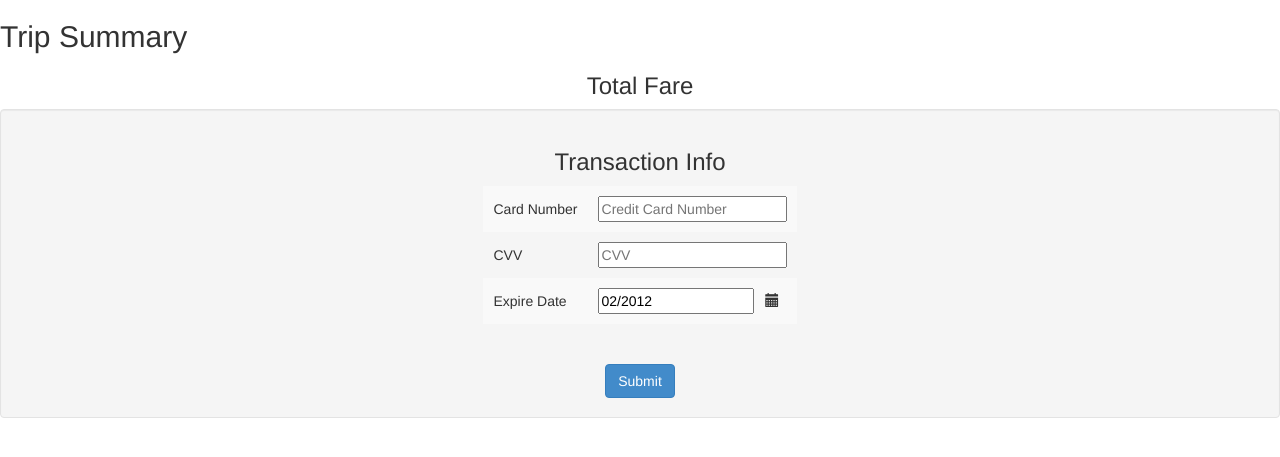
Repository: harshadrane89/CMPE273-WebService-AirlineManagement
Page: http://localhost/AirlineManagementSystemClient/TwitterGUI/TransactionInfo.jsp
The author's editor kept a copy of each file at every save. The page is drawn from the files as they stood at one save, then again after the next save.
The browser window is 1280 px wide. The pictures show the whole page.
The page is served by Tomcat 9. Nobody is signed in. The application's start-up code is not run. Other server files are loaded and not shown.

Above is the page before, as saved 2013-12-07 08:54:21.

### 273_Project_Tomcat/AirlineManagementSystemClient/WebContent/TwitterGUI/TransactionInfo.jsp
<%@ page language="java" contentType="text/html; charset=US-ASCII"
	pageEncoding="US-ASCII"%>
<!DOCTYPE html PUBLIC "-//W3C//DTD HTML 4.01 Transitional//EN" "http://www.w3.org/TR/html4/loose.dtd">
<html>
<head>
<meta http-equiv="Content-Type" content="text/html; charset=US-ASCII">
<title></title>
<link href="css/bootstrap.min.css" rel="stylesheet" media="screen">
<link href="css/datepicker.css" rel="stylesheet">
<link href="css/prettify.css" rel="stylesheet">
</head>
<body>


	<h2>Trip Summary</h2>

	<center>
		<h3>Total Fare</h3>
	</center>


	<form action="TransactionServlet" method="get" class="well">
		<center>
			<h3>Transaction Info</h3>

			<table cellpadding="10px" cellspacing="10px" class="table-striped">
				<tr>
					<td>Card Number</td>
					<td><input type="text" placeholder="Credit Card Number"
						name="cardNum"></td>
				</tr>
				<tr>
					<td>CVV</td>
					<td><input type="text" placeholder="CVV" name="cvv"></td>
				</tr>

				<tr>
					<td>Expire Date</td>
					<td><div class="input-append date" id="dpMonths"
							data-date="102/2012" data-date-format="mm/yyyy"
							data-date-viewmode="years" data-date-minviewmode="months">
							<input class="span2" size="16" name="expiryDate" type="text"
								value="02/2012" readonly> &nbsp; <span
								class="add-on glyphicon glyphicon-calendar"></span>
						</div></td>
				</tr>
			</table>
			<br /> <br /> <input type="submit" class="btn btn-primary"
				value="Submit">

		</center>

	</form>

	<script src="js/prettify.js"></script>
	<script src="js/jquery-1.9.1.js"></script>
	<script src="js/bootstrap-datepicker.js"></script>
	<script>
		$(function() {
			window.prettyPrint && prettyPrint();
			$('#dp3').datepicker();
			$('#dpMonths').datepicker();

			var checkin = $('#dpd1').datepicker({
				onRender : function(date) {
					return date.valueOf() < now.valueOf() ? 'disabled' : '';
				}
			}).on('changeDate', function(ev) {
				if (ev.date.valueOf() > checkout.date.valueOf()) {
					var newDate = new Date(ev.date)
					newDate.setDate(newDate.getDate() + 1);
					checkout.setValue(newDate);
				}
				checkin.hide();
				$('#dpd2')[0].focus();
			}).data('datepicker');
			var checkout = $('#dpd2')
					.datepicker(
							{
								onRender : function(date) {
									return date.valueOf() <= checkin.date
											.valueOf() ? 'disabled' : '';
								}
							}).on('changeDate', function(ev) {
						checkout.hide();
					}).data('datepicker');
		});
	</script>
	<script src="http://www.google-analytics.com/urchin.js"
		type="text/javascript">

	</script>
</body>
</html>

### 273_Project_Tomcat/AirlineManagementSystemClient/WebContent/css/datepicker.css
/*!
 * Datepicker for Bootstrap
 *
 * Copyright 2012 Stefan Petre
 * Licensed under the Apache License v2.0
 * http://www.apache.org/licenses/LICENSE-2.0
 *
 */
.datepicker {
  top: 0;
  left: 0;
  padding: 4px;
  margin-top: 1px;
  -webkit-border-radius: 4px;
  -moz-border-radius: 4px;
  border-radius: 4px;
  /*.dow {
    border-top: 1px solid #ddd !important;
  }*/

}
.datepicker:before {
  content: '';
  display: inline-block;
  border-left: 7px solid transparent;
  border-right: 7px solid transparent;
  border-bottom: 7px solid #ccc;
  border-bottom-color: rgba(0, 0, 0, 0.2);
  position: absolute;
  top: -7px;
  left: 6px;
}
.datepicker:after {
  content: '';
  display: inline-block;
  border-left: 6px solid transparent;
  border-right: 6px solid transparent;
  border-bottom: 6px solid #ffffff;
  position: absolute;
  top: -6px;
  left: 7px;
}
.datepicker > div {
  display: none;
}
.datepicker table {
  width: 100%;
  margin: 0;
}
.datepicker td,
.datepicker th {
  text-align: center;
  width: 20px;
  height: 20px;
  -webkit-border-radius: 4px;
  -moz-border-radius: 4px;
  border-radius: 4px;
}
.datepicker td.day:hover {
  background: #eeeeee;
  cursor: pointer;
}
.datepicker td.day.disabled {
  color: #eeeeee;
}
.datepicker td.old,
.datepicker td.new {
  color: #999999;
}
.datepicker td.active,
.datepicker td.active:hover {
  color: #ffffff;
  background-color: #006dcc;
  background-image: -moz-linear-gradient(top, #0088cc, #0044cc);
  background-image: -webkit-gradient(linear, 0 0, 0 100%, from(#0088cc), to(#0044cc));
  background-image: -webkit-linear-gradient(top, #0088cc, #0044cc);
  background-image: -o-linear-gradient(top, #0088cc, #0044cc);
  background-image: linear-gradient(to bottom, #0088cc, #0044cc);
  background-repeat: repeat-x;
  filter: progid:DXImageTransform.Microsoft.gradient(startColorstr='#ff0088cc', endColorstr='#ff0044cc', GradientType=0);
  border-color: #0044cc #0044cc #002a80;
  border-color: rgba(0, 0, 0, 0.1) rgba(0, 0, 0, 0.1) rgba(0, 0, 0, 0.25);
  *background-color: #0044cc;
  /* Darken IE7 buttons by default so they stand out more given they won't have borders */

  filter: progid:DXImageTransform.Microsoft.gradient(enabled = false);
  color: #fff;
  text-shadow: 0 -1px 0 rgba(0, 0, 0, 0.25);
}
.datepicker td.active:hover,
.datepicker td.active:hover:hover,
.datepicker td.active:focus,
.datepicker td.active:hover:focus,
.datepicker td.active:active,
.datepicker td.active:hover:active,
.datepicker td.active.active,
.datepicker td.active:hover.active,
.datepicker td.active.disabled,
.datepicker td.active:hover.disabled,
.datepicker td.active[disabled],
.datepicker td.active:hover[disabled] {
  color: #ffffff;
  background-color: #0044cc;
  *background-color: #003bb3;
}
.datepicker td.active:active,
.datepicker td.active:hover:active,
.datepicker td.active.active,
.datepicker td.active:hover.active {
  background-color: #003399 \9;
}
.datepicker td span {
  display: block;
  width: 47px;
  height: 54px;
  line-height: 54px;
  float: left;
  margin: 2px;
  cursor: pointer;
  -webkit-border-radius: 4px;
  -moz-border-radius: 4px;
  border-radius: 4px;
}
.datepicker td span:hover {
  background: #eeeeee;
}
.datepicker td span.active {
  color: #ffffff;
  background-color: #006dcc;
  background-image: -moz-linear-gradient(top, #0088cc, #0044cc);
  background-image: -webkit-gradient(linear, 0 0, 0 100%, from(#0088cc), to(#0044cc));
  background-image: -webkit-linear-gradient(top, #0088cc, #0044cc);
  background-image: -o-linear-gradient(top, #0088cc, #0044cc);
  background-image: linear-gradient(to bottom, #0088cc, #0044cc);
  background-repeat: repeat-x;
  filter: progid:DXImageTransform.Microsoft.gradient(startColorstr='#ff0088cc', endColorstr='#ff0044cc', GradientType=0);
  border-color: #0044cc #0044cc #002a80;
  border-color: rgba(0, 0, 0, 0.1) rgba(0, 0, 0, 0.1) rgba(0, 0, 0, 0.25);
  *background-color: #0044cc;
  /* Darken IE7 buttons by default so they stand out more given they won't have borders */

  filter: progid:DXImageTransform.Microsoft.gradient(enabled = false);
  color: #fff;
  text-shadow: 0 -1px 0 rgba(0, 0, 0, 0.25);
}
.datepicker td span.active:hover,
.datepicker td span.active:focus,
.datepicker td span.active:active,
.datepicker td span.active.active,
.datepicker td span.active.disabled,
.datepicker td span.active[disabled] {
  color: #ffffff;
  background-color: #0044cc;
  *background-color: #003bb3;
}
.datepicker td span.active:active,
.datepicker td span.active.active {
  background-color: #003399 \9;
}
.datepicker td span.old {
  color: #999999;
}
.datepicker th.switch {
  width: 145px;
}
.datepicker th.next,
.datepicker th.prev {
  font-size: 21px;
}
.datepicker thead tr:first-child th {
  cursor: pointer;
}
.datepicker thead tr:first-child th:hover {
  background: #eeeeee;
}
.input-append.date .add-on i,
.input-prepend.date .add-on i {
  display: block;
  cursor: pointer;
  width: 16px;
  height: 16px;
}

Loaded but not shown: 273_Project_Tomcat/AirlineManagementSystemClient/WebContent/css/bootstrap.min.css (library); 273_Project_Tomcat/AirlineManagementSystemClient/WebContent/css/prettify.css (common file); 273_Project_Tomcat/AirlineManagementSystemClient/WebContent/js/prettify.js (library); 273_Project_Tomcat/AirlineManagementSystemClient/WebContent/js/jquery-1.9.1.js (library); 273_Project_Tomcat/AirlineManagementSystemClient/WebContent/js/bootstrap-datepicker.js (library)

After the next save:
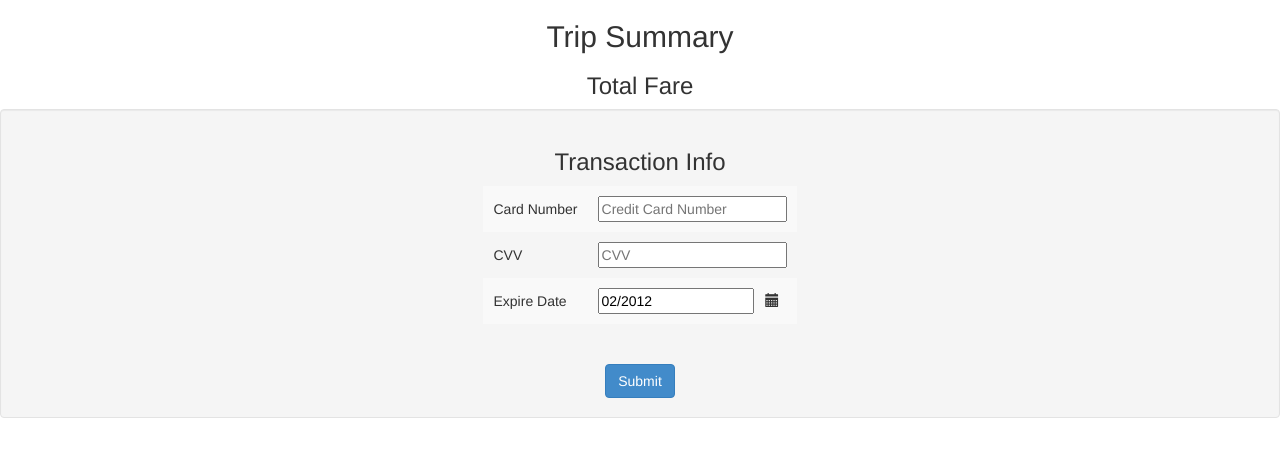
Saved 2 h 7 min later.
--- a/273_Project_Tomcat/AirlineManagementSystemClient/WebContent/TwitterGUI/TransactionInfo.jsp
+++ b/273_Project_Tomcat/AirlineManagementSystemClient/WebContent/TwitterGUI/TransactionInfo.jsp
@@ -12,9 +12,10 @@
 <body>
 
 
-	<h2>Trip Summary</h2>
+
 
 	<center>
+	<h2>Trip Summary</h2>
 		<h3>Total Fare</h3>
 	</center>
 
